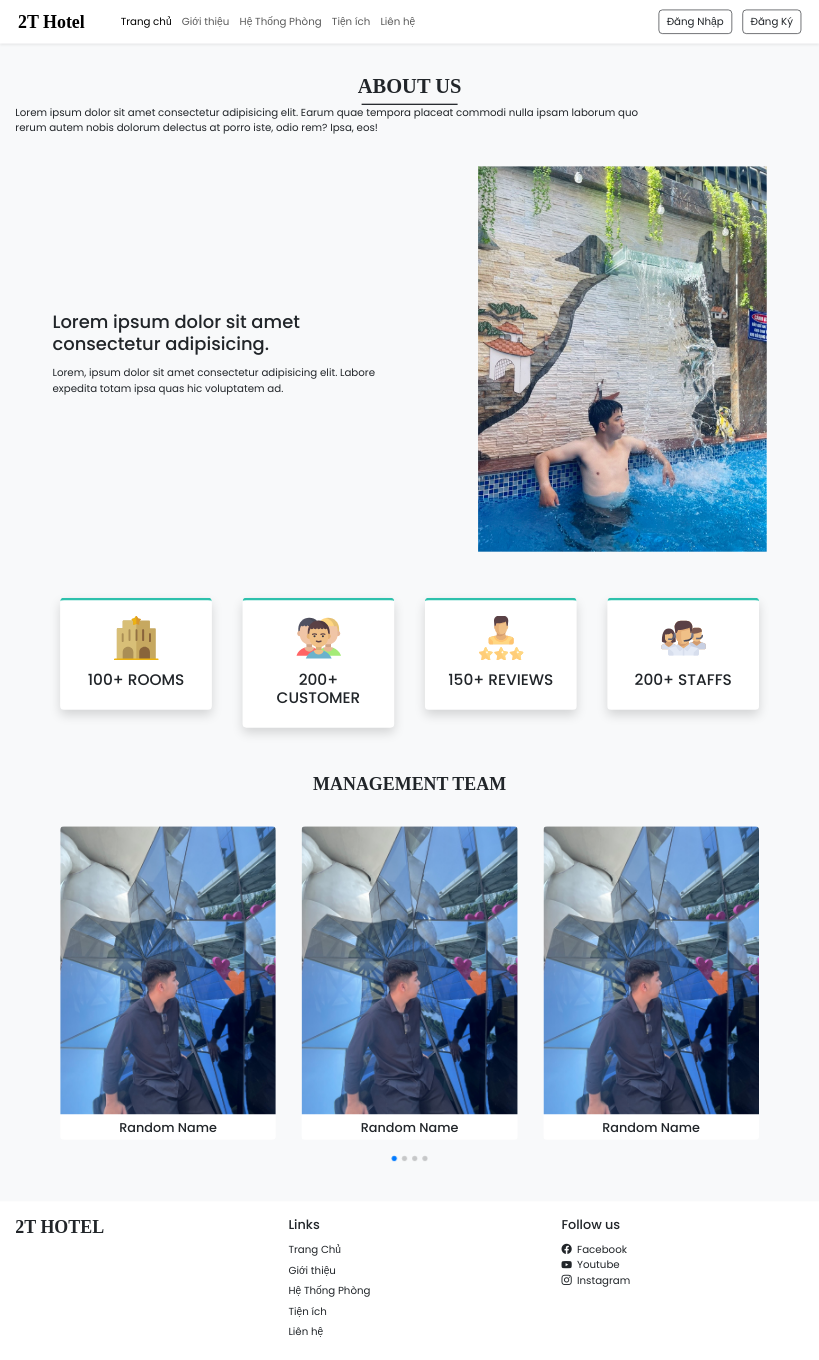
Repository: TaTongThanh2003/DoAnCoSo2024_BookingHotelWebsite
Page: http://localhost/WebsiteBookingHotel/about.php
The author's editor kept a copy of each file at every save. The page is drawn from the files as they stood at one save, then again after the next save.
The browser window is 1280 px wide. The pictures show the whole page, at 64% of full size.
Some web fonts or font styles are not loaded; a fallback is used. The page is run by PHP 8.4 with error messages shown; the project is at /var/www/html/.

Above is the page before, as saved 2024-03-23 22:23:59.

### WebsiteBookingHotel/about.php
<!DOCTYPE html>
<html lang="en">

<head>
    <meta charset="UTF-8">
    <meta http-equiv="X-UA-Compatible" content="IE-edge">
    <meta name="viewport" content="width=device-width, initial-scale=1.0">
    <title>2T Hotel - ABOUT</title>
    <?php require('inc/links.php'); ?>
    <style>
    .pop:hover {
        border-top-color: var(--teal) !important;
        transform: scale(1.03);
        transition: all 0.3s;
    }
    </style>
    <link rel="stylesheet" href="https://cdn.jsdelivr.net/npm/swiper@11/swiper-bundle.min.css" />
    <style>
    @media screen and (max-width: 575px) {
        .availability-form {
            margin: 25px;
            padding: 0 35px;
        }
    }

    .box {
        border-top-color: var(--teal) !important;
    }
    </style>
</head>

<body class="bg-light">
    <?php require('inc/header.php'); ?>

    <div class="my-5 px-4">
        <h2 class="fw-bold h-font text-center">ABOUT US</h2>
        <div class="h-line bg-dark"></div>
        <p>Lorem ipsum dolor sit amet consectetur adipisicing elit. Earum quae tempora placeat commodi nulla ipsam
            laborum quo <br> rerum autem nobis dolorum delectus at porro iste, odio rem? Ipsa, eos!</p>
    </div>
    <div class="container">
        <div class="row justify-content-between align-items-center">
            <div class="col-lg-6 col-md-5 mb-4 order-lg-1 order-md-1 order-2">
                <h3 class="mb-3">Lorem ipsum dolor sit amet consectetur adipisicing.</h3>
                <p>Lorem, ipsum dolor sit amet consectetur adipisicing elit. Labore expedita totam ipsa quas hic
                    voluptatem ad.</p>
            </div>
            <div class="col-lg-5 col-md-5 mb-4 order-lg-2 order-md-2 order-1">
                <img src="images/about/images1.jpg" class="w-100">
            </div>
        </div>
    </div>
    <div class="container mt-5">
        <div class="row">
            <div class="col-lg-3 col-md-6 mb-4 px-4">
                <div class="bg-white rounded shadow p-4 border-top border-4 text-center box">
                    <img src="images/about/hotel.svg" width="70px">
                    <h4 class="mt-3">100+ ROOMS</h4>
                </div>
            </div>
            <div class="col-lg-3 col-md-6 mb-4 px-4">
                <div class="bg-white rounded shadow p-4 border-top border-4 text-center box">
                    <img src="images/about/customers.svg" width="70px">
                    <h4 class="mt-3">200+ CUSTOMER</h4>
                </div>
            </div>
            <div class="col-lg-3 col-md-6 mb-4 px-4">
                <div class="bg-white rounded shadow p-4 border-top border-4 text-center box">
                    <img src="images/about/rating.svg" width="70px">
                    <h4 class="mt-3">150+ REVIEWS</h4>
                </div>
            </div>
            <div class="col-lg-3 col-md-6 mb-4 px-4">
                <div class="bg-white rounded shadow p-4 border-top border-4 text-center box">
                    <img src="images/about/staff.svg" width="70px">
                    <h4 class="mt-3">200+ STAFFS</h4>
                </div>
            </div>
            <h3 class="my-5 fw-bold h-font text-center">MANAGEMENT TEAM</h3>
            <div class="container px-4">
                <div class="swiper mySwiper">
                    <div class="swiper-wrapper mb-5">
                        <div class="swiper-slide bg-white text-center overflow-hidden rounded ">
                            <img src="images/about/images2.jpg" class="w-100">
                            <h5 class="mt-2">Random Name</h5>
                        </div>
                        <div class="swiper-slide bg-white text-center overflow-hidden rounded ">
                            <img src="images/about/images2.jpg" class="w-100">
                            <h5 class="mt-2">Random Name</h5>
                        </div>
                        <div class="swiper-slide bg-white text-center overflow-hidden rounded ">
                            <img src="images/about/images2.jpg" class="w-100">
                            <h5 class="mt-2">Random Name</h5>
                        </div>
                        <div class="swiper-slide bg-white text-center overflow-hidden rounded ">
                            <img src="images/about/images2.jpg" class="w-100">
                            <h5 class="mt-2">Random Name</h5>
                        </div>
                        <div class="swiper-slide bg-white text-center overflow-hidden rounded ">
                            <img src="images/about/images2.jpg" class="w-100">
                            <h5 class="mt-2">Random Name</h5>
                        </div>
                        <div class="swiper-slide bg-white text-center overflow-hidden rounded ">
                            <img src="images/about/images2.jpg" class="w-100">
                            <h5 class="mt-2">Random Name</h5>
                        </div>
                    </div>
                    <div class="swiper-pagination"></div>
                </div>
            </div>
        </div>
    </div>

    <!-- footer -->
    <?php require('inc/footer.php'); ?>
    <script src="https://cdn.jsdelivr.net/npm/swiper@11/swiper-bundle.min.js"></script>


    <script>
    var swiper = new Swiper(".mySwiper", {
        slidesPerView: 4,
        spaceBetween: 40,
        pagination: {
            el: ".swiper-pagination",
        },
        breakpoints: {
            320: {
                slidesPerView: 1,
            },
            640: {
                slidesPerView: 1,
            },
            768: {
                slidesPerView: 3,
            },
            1024: {
                slidesPerView: 3,
            },
        }
    });
    </script>



    <!-- <script src="https://cdn.jsdelivr.net/npm/swiper@11/swiper-bundle.min.js"></script>
    <script src="https://cdn.jsdelivr.net/npm/bootstrap@5.3.3/dist/js/bootstrap.bundle.min.js"
        integrity="sha384-YvpcrYf0tY3lHB60NNkmXc5s9fDVZLESaAA55NDzOxhy9GkcIdslK1eN7N6jIeHz" crossorigin="anonymous">
    </script> -->
    <!-- <script>
    var swiper = new Swiper(".swiper-container", {
        spaceBetween: 30,
        effect: "fade",
        loop: true,
        autoplay: {
            delay: 3500,
            disableOnInteraction: false,
        }
    });
    var swiper = new Swiper(".swiper-testimonials", {
        effect: "coverflow",
        grabCursor: true,
        centeredSlides: true,
        slidesPerView: "auto",
        slidesPerView: "3",
        loop: true,
        coverflowEffect: {
            rotate: 50,
            stretch: 0,
            depth: 100,
            modifier: 1,
            slideShadows: false,
        },
        pagination: {
            el: ".swiper-pagination",
        },
        breakpoints: {
            320: {
                slidesPerView: 1,
            },
            640: {
                slidesPerView: 1,
            },
            768: {
                slidesPerView: 2,
            },
            1024: {
                slidesPerView: 3,
            },
        }
    });
    </script> -->
</body>

</html>

### WebsiteBookingHotel/inc/links.php
<link href="https://cdn.jsdelivr.net/npm/bootstrap@5.3.3/dist/css/bootstrap.min.css" rel="stylesheet"
    integrity="sha384-QWTKZyjpPEjISv5WaRU9OFeRpok6YctnYmDr5pNlyT2bRjXh0JMhjY6hW+ALEwIH" crossorigin="anonymous">
<link href="https://fonts.googleapis.com/css2?family=Merienda:wght@400;700&family=Poppins:wght@400;500;600&display=swap"
    rel="stylesheet">
<link rel="stylesheet" href="https://cdn.jsdelivr.net/npm/bootstrap-icons@1.11.3/font/bootstrap-icons.min.css">
<link rel="stylesheet" href="css/common.css">

### WebsiteBookingHotel/inc/header.php
<nav class="navbar navbar-expand-lg navbar-light bg-white px-lg-3 py-lg-2 shadow-sm sticky-top">
    <div class="container-fluid">
        <a class="navbar-brand me-5 fw-bold fs-3 h-font" href="index.php">2T Hotel</a>
        <button class="navbar-toggler shadow-none" type="button" data-bs-toggle="collapse"
            data-bs-target="#navbarSupportedContent" aria-controls="navbarSupportedContent" aria-expanded="false"
            aria-label="Toggle navigation">
            <span class="navbar-toggler-icon"></span>
        </button>
        <div class="collapse navbar-collapse" id="navbarSupportedContent">
            <ul class="navbar-nav me-auto mb-2 mb-lg-0">
                <li class="nav-item">
                    <a class="nav-link active" aria-current="page" href="index.php">Trang chủ</a>
                </li>
                <li class="nav-item">
                    <a class="nav-link" href="about.php">Giới thiệu</a>
                </li>
                <li class="nav-item">
                    <a class="nav-link" href="rooms.php">Hệ Thống Phòng</a>
                </li>
                <li class="nav-item">
                    <a class="nav-link" href="facilities.php">Tiện ích</a>
                </li>
                <li class="nav-item">
                    <a class="nav-link" href="contact.php">Liên hệ</a>
                </li>

            </ul>
            <div class="d-flex">
                <button type="button" class="btn btn-outline-dark shadow-none me-lg-3 me-2" data-bs-toggle="modal"
                    data-bs-target="#loginModal">
                    Đăng Nhập
                </button>
                <button type="button" class="btn btn-outline-dark shadow-none " data-bs-toggle="modal"
                    data-bs-target="#registerModal">
                    Đăng Ký
                </button>
            </div>
        </div>
    </div>
</nav>

<!-- login -->
<div class="modal fade" id="loginModal" data-bs-backdrop="static" data-bs-keyboard="false" tabindex="-1"
    aria-labelledby="staticBackdropLabel" aria-hidden="true">
    <div class="modal-dialog">
        <div class="modal-content">
            <form>
                <div class="modal-header">
                    <h5 class="modal-title d-flex align-item-center">
                        <i class="bi bi-person-circle fs-5 me-2"></i> User login
                    </h5>
                    <button type="reset" class="btn-close shadow-none" data-bs-dismiss="modal"
                        aria-label="Close"></button>
                </div>
                <div class="modal-body">
                    <div class="mb-3">
                        <label class="form-label">Email address</label>
                        <input type="email" class="form-control shadow-none">
                    </div>
                    <div class="mb-4">
                        <label class="form-label">Password</label>
                        <input type="password" class="form-control shadow-none">
                    </div>
                    <div class="d-flex align-items-center justify-content-between mb-2">
                        <button type="submit" class="btn btn-dark shadow-none">LOGIN</button>
                        <a href="javascript: void(0)" class="text-secondary text-decoration-none">Forgot
                            Password?</a>
                    </div>
                </div>
            </form>
        </div>
    </div>
</div>

<!-- Register -->
<div class="modal fade" id="registerModal" data-bs-backdrop="static" data-bs-keyboard="false" tabindex="-1"
    aria-labelledby="staticBackdropLabel" aria-hidden="true">
    <div class="modal-dialog modal-lg">
        <div class="modal-content">
            <form>
                <div class="modal-header">
                    <h5 class="modal-title d-flex align-item-center">
                        <i class="bi bi-person-lines-fill fs-5 me-2"></i>
                        User Registration
                    </h5>
                    <button type="reset" class="btn-close shadow-none" data-bs-dismiss="modal"
                        aria-label="Close"></button>
                </div>
                <div class="modal-body">
                    <span class="badge rounded-pill bg-light text-dark mb-3 text-wrap lh-base">
                        Note: Your details must match with your ID (Aadhar card, passport, driving license, etc.)
                        that will be required dring check-in.
                    </span>
                    <div class="container-fluid">
                        <div class="row">
                            <!-- Name -->
                            <div class="col-md-6 ps-0 mb-3">
                                <label class="form-label">Name</label>
                                <input type="text" class="form-control shadow-none">
                            </div>
                            <!-- Email -->
                            <div class="col-md-6 p-0 mb-3">
                                <label class="form-label">Email</label>
                                <input type="email" class="form-control shadow-none">
                            </div>
                            <!-- Phone Number -->
                            <div class="col-md-6 ps-0 mb-3">
                                <label class="form-label">Phone Number</label>
                                <input type="number" class="form-control shadow-none">
                            </div>
                            <!-- Picture -->
                            <div class="col-md-6 p-0 mb-3">
                                <label class="form-label">Picture</label>
                                <input type="file" class="form-control shadow-none">
                            </div>
                            <!-- Address -->
                            <div class="col-md-12 p-0 mb-3">
                                <label class="form-label">Address</label>
                                <textarea class="form-control shadow-none" rows="1"></textarea>
                            </div>
                            <!-- Pincode -->
                            <div class="col-md-6 ps-0 mb-3">
                                <label class="form-label">Pincode</label>
                                <input type="number" class="form-control shadow-none">
                            </div>
                            <!-- Date of birth -->
                            <div class="col-md-6 p-0 mb-3">
                                <label class="form-label">Date of birth</label>
                                <input type="date" class="form-control shadow-none">
                            </div>
                            <!-- Password -->
                            <div class="col-md-6 ps-0 mb-3">
                                <label class="form-label">Password</label>
                                <input type="password" class="form-control shadow-none">
                            </div>
                            <!-- Comfirm Password -->
                            <div class="col-md-6 p-0 mb-3">
                                <label class="form-label">Comfirm Password</label>
                                <input type="password" class="form-control shadow-none">
                            </div>
                        </div>
                    </div>
                    <div class="text-center my-1">
                        <button type="submit" class="btn btn-dark shadow-none">REGISTER</button>
                    </div>
                </div>
            </form>
        </div>
    </div>
</div>

### WebsiteBookingHotel/inc/footer.php
<div class="container-fluid bg-white mt-5">
    <div class="row">
        <div class="col-lg-4 p-4">
            <h3 class="h-font fw-bold fs-3">2T HOTEL</h3>
            <p>

            </p>
        </div>
        <div class="col-lg-4 p-4">
            <h5 class="mb-3">Links</h5>
            <a href="index.php" class="d-inline-block mb-2 text-dark text-decoration-none">Trang Chủ</a><br>
            <a href="about.php" class="d-inline-block mb-2 text-dark text-decoration-none">Giới thiệu</a> <br>
            <a href="rooms.php" class="d-inline-block mb-2 text-dark text-decoration-none">Hệ Thống Phòng</a><br>
            <a href="facilities.php" class="d-inline-block mb-2 text-dark text-decoration-none">Tiện ích</a><br>
            <a href="contact.php" class="d-inline-block mb-2 text-dark text-decoration-none">Liên hệ</a><br>
        </div>
        <div class="col-lg-4 p-4">
            <h5 class="mb-3">Follow us</h5>
            <a href="#" class="d-inline-block text-dark text-decoration-none md-2">
                <i class="bi bi-facebook me-1"></i> Facebook
            </a><br>
            <a href="#" class="d-inline-block text-dark text-decoration-none md-2">
                <i class="bi bi-youtube me-1"></i> Youtube
            </a><br>
            <a href="#" class="d-inline-block text-dark text-decoration-none ">
                <i class="bi bi-instagram me-1"></i> Instagram
            </a><br>
        </div>
    </div>
</div>

### WebsiteBookingHotel/css/common.css
:root{
    --teal: #2ec1ac;
    --teal_hover: #279e8c;
}

* {
    font-family: 'Poppins', sans-serif;
}

.h-font {
    font-family: 'Merienda', cursive;
}

input::-webkit-outer-spin-button,
input::-webkit-inner-spin-button {
    -webkit-appearance: none;
    margin: 0;
}

/* input[type=number] {
    -moz-appearance: textfield;
} */

.custom-bg {
    background-color: var(--teal);
    border: 1px solid var(--teal);
}

.custom-bg:hover {
    background-color: var(--teal_hover);
    border-color: var(--teal_hover);
}

.availability-form {
    margin-top: -50px;
    z-index: 2;
    position: relative;
}
.h-line{
    width: 150px ;
    margin: 0 auto;
    height: 1.7px;
}

### WebsiteBookingHotel/images/about/hotel.svg
<?xml version="1.0" encoding="iso-8859-1"?>
<!-- Generator: Adobe Illustrator 19.0.0, SVG Export Plug-In . SVG Version: 6.00 Build 0)  -->
<svg version="1.1" id="Layer_1" xmlns="http://www.w3.org/2000/svg" xmlns:xlink="http://www.w3.org/1999/xlink" x="0px" y="0px"
	 viewBox="0 0 512 512" style="enable-background:new 0 0 512 512;" xml:space="preserve">
<path style="fill:#C6A860;" d="M33.391,511.998V155.824c0-6.147,4.983-11.13,11.13-11.13h55.652V66.781
	c0-6.147,4.983-11.13,11.13-11.13h100.174h89.043h100.174c6.147,0,11.13,4.983,11.13,11.13v77.913h55.652
	c6.147,0,11.13,4.983,11.13,11.13v356.174H33.391z"/>
<path style="fill:#D8BF77;" d="M256,511.998H33.391V155.824c0-6.147,4.983-11.13,11.13-11.13h55.652V66.781
	c0-6.147,4.983-11.13,11.13-11.13h100.174H256V511.998z"/>
<path style="fill:#AA8E55;" d="M222.609,417.39v94.609H100.174V417.39c0-33.81,27.408-61.217,61.217-61.217l0,0
	C195.201,356.172,222.609,383.58,222.609,417.39z M111.304,289.39v-77.913c0-6.147-4.983-11.13-11.13-11.13
	c-6.147,0-11.13,4.983-11.13,11.13v77.913c0,6.147,4.983,11.13,11.13,11.13C106.321,300.52,111.304,295.537,111.304,289.39z
	 M178.087,289.39c6.147,0,11.13-4.983,11.13-11.13V166.955c0-6.147-4.983-11.13-11.13-11.13c-6.147,0-11.13,4.983-11.13,11.13
	v111.304C166.957,284.406,171.94,289.39,178.087,289.39z M256,155.824c-6.147,0-11.13,4.983-11.13,11.13v111.304
	c0,6.147,4.983,11.13,11.13,11.13s11.13-4.983,11.13-11.13V166.955C267.13,160.807,262.147,155.824,256,155.824z M333.913,155.824
	c-6.147,0-11.13,4.983-11.13,11.13v111.304c0,6.147,4.983,11.13,11.13,11.13s11.13-4.983,11.13-11.13V166.955
	C345.043,160.807,340.06,155.824,333.913,155.824z M411.826,200.346c-6.147,0-11.13,4.983-11.13,11.13v77.913
	c0,6.147,4.983,11.13,11.13,11.13c6.147,0,11.13-4.983,11.13-11.13v-77.913C422.957,205.329,417.973,200.346,411.826,200.346z"/>
<path style="fill:#89643B;" d="M411.826,417.39v94.609H289.391V417.39c0-33.81,27.408-61.217,61.217-61.217l0,0
	C384.418,356.172,411.826,383.58,411.826,417.39z M333.913,289.39c6.147,0,11.13-4.983,11.13-11.13V166.955
	c0-6.147-4.983-11.13-11.13-11.13s-11.13,4.983-11.13,11.13v111.304C322.783,284.406,327.766,289.39,333.913,289.39z
	 M411.826,200.346c-6.147,0-11.13,4.983-11.13,11.13v77.913c0,6.147,4.983,11.13,11.13,11.13c6.147,0,11.13-4.983,11.13-11.13
	v-77.913C422.957,205.329,417.972,200.346,411.826,200.346z M256,155.824V289.39c6.147,0,11.13-4.983,11.13-11.13V166.955
	C267.13,160.807,262.146,155.824,256,155.824z"/>
<path style="fill:#D8962B;" d="M310.189,42.144l-19.549,26.143c-0.285,0.382-0.441,0.845-0.443,1.321l-0.177,32.643
	c-0.008,1.52-1.504,2.586-2.943,2.096l-30.904-10.514c-0.451-0.154-0.939-0.158-1.394-0.013l-31.1,9.919
	c-1.448,0.462-2.923-0.631-2.903-2.152l0.45-32.64c0.007-0.476-0.14-0.943-0.417-1.329l-19.044-26.513
	c-0.887-1.234-0.303-2.975,1.15-3.425l30.481-9.442c0.91-0.282,1.706-0.848,2.271-1.616L254.562,0.91
	c0.9-1.225,2.736-1.208,3.613,0.035l18.823,26.671c0.275,0.39,0.667,0.68,1.12,0.83l30.99,10.256
	C310.548,39.174,311.099,40.926,310.189,42.144z"/>
<path style="fill:#EDB311;" d="M201.775,41.104c-0.887-1.234-0.303-2.975,1.15-3.425l30.481-9.443
	c0.91-0.282,1.706-0.848,2.271-1.616l18.895-25.714c0.364-0.496,0.884-0.778,1.429-0.867v93.762
	c-0.398-0.099-0.816-0.108-1.21,0.018l-31.1,9.919c-1.448,0.462-2.923-0.631-2.903-2.152l0.45-32.64
	c0.007-0.476-0.14-0.943-0.417-1.329L201.775,41.104z M500.87,489.737H11.13c-6.147,0-11.13,4.983-11.13,11.13
	c0,6.147,4.983,11.13,11.13,11.13H500.87c6.147,0,11.13-4.983,11.13-11.13C512,494.72,507.017,489.737,500.87,489.737z"/>
<g>
</g>
<g>
</g>
<g>
</g>
<g>
</g>
<g>
</g>
<g>
</g>
<g>
</g>
<g>
</g>
<g>
</g>
<g>
</g>
<g>
</g>
<g>
</g>
<g>
</g>
<g>
</g>
<g>
</g>
</svg>

Loaded but not shown: WebsiteBookingHotel/images/about/customers.svg (105 lines, source omitted); WebsiteBookingHotel/images/about/staff.svg (110 lines, source omitted); WebsiteBookingHotel/images/about/rating.svg (92 lines, source omitted)

After the next save:
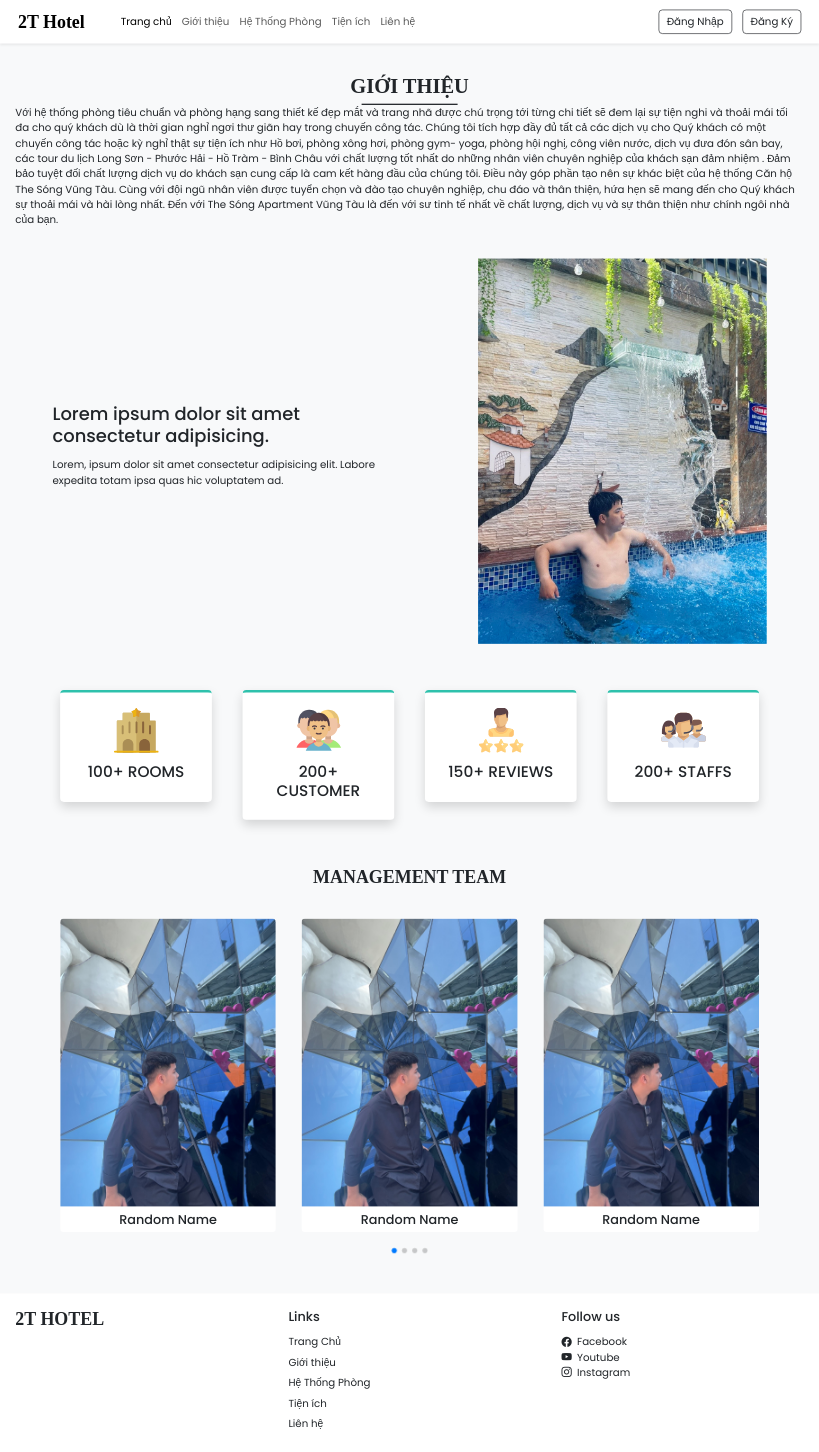
Saved 2 min 6 s later.
--- a/WebsiteBookingHotel/about.php
+++ b/WebsiteBookingHotel/about.php
@@ -33,10 +33,25 @@
     <?php require('inc/header.php'); ?>
 
     <div class="my-5 px-4">
-        <h2 class="fw-bold h-font text-center">ABOUT US</h2>
+        <h2 class="fw-bold h-font text-center">GIỚI THIỆU</h2>
         <div class="h-line bg-dark"></div>
-        <p>Lorem ipsum dolor sit amet consectetur adipisicing elit. Earum quae tempora placeat commodi nulla ipsam
-            laborum quo <br> rerum autem nobis dolorum delectus at porro iste, odio rem? Ipsa, eos!</p>
+        <p>Với hệ thống phòng tiêu chuẩn và phòng hạng sang thiết kế đẹp mắt và trang nhã được chú trọng tới từng chi
+            tiết sẽ đem lại sự tiện nghi và thoải mái tối đa cho quý khách dù là thời gian nghỉ ngơi thư giãn hay trong
+            chuyến công tác.
+
+            Chúng tôi tích hợp đầy đủ tất cả các dịch vụ cho Quý khách có một chuyến công tác hoặc kỳ nghỉ thật sự tiện
+            ích như Hồ bơi, phòng xông hơi, phòng gym- yoga, phòng hội nghị, công viên nước, dịch vụ đưa đón sân bay,
+            các tour du lịch Long Sơn - Phước Hải - Hồ Tràm - Bình Châu với chất lượng tốt nhất do những nhân viên
+            chuyên nghiệp của khách sạn đảm nhiệm .
+
+            Đảm bảo tuyệt đối chất lượng dịch vụ do khách sạn cung cấp là cam kết hàng đầu của chúng tôi. Điều này góp
+            phần tạo nên sự khác biệt của hệ thống Căn hộ The Sóng Vũng Tàu.
+
+            Cùng với đội ngũ nhân viên được tuyển chọn và đào tạo chuyên nghiệp, chu đáo và thân thiện, hứa hẹn sẽ mang
+            đến cho Quý khách sự thoải mái và hài lòng nhất.
+
+            Đến với The Sóng Apartment Vũng Tàu là đến với sư tinh tế nhất về chất lượng, dịch vụ và sự thân thiện như
+            chính ngôi nhà của bạn.</p>
     </div>
     <div class="container">
         <div class="row justify-content-between align-items-center">
